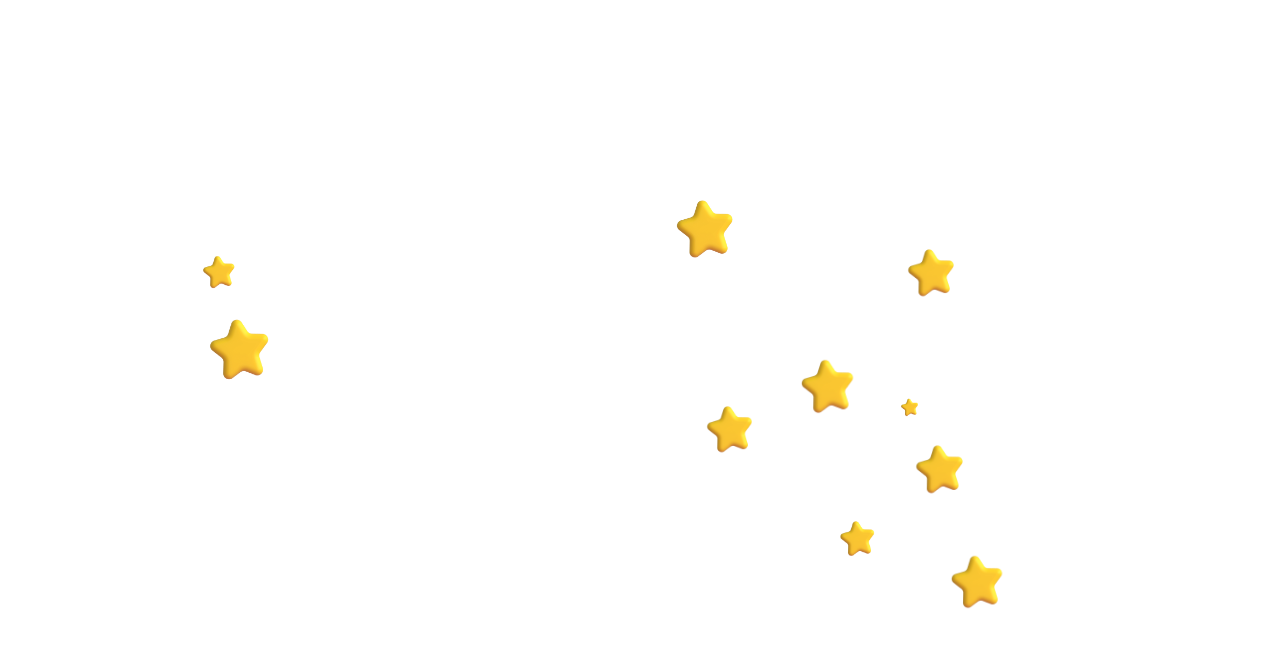
Repository: heartbreathing/Star-game
Page: index.html
An editor plug-in stored every save of this project. The page is shown before and after the next save, followed by the edit.
The browser window is 1280 px wide. The pictures show the whole page.

Above is the page before, as saved 2022-10-28 23:17:12.

### index.html
<!DOCTYPE html>
<html lang="en">
  <head>
    <meta charset="UTF-8" />
    <meta http-equiv="X-UA-Compatible" content="IE=edge" />
    <meta name="viewport" content="width=device-width, initial-scale=1.0" />
    <title>Document</title>
    <style>
      /* body {
        background-color: black;
      } */
    </style>
  </head>
  <body>
    <script>
      function star() {
        let timer = setInterval(function () {
          var obj = document.createElement('img');

          var wid = Math.floor(Math.random() * 50 + 20);
          obj.width = wid;
          var x = Math.floor(Math.random() * 1000 + 100);
          var y = Math.floor(Math.random() * 500 + 100);
          obj.style.position = 'absolute';
          obj.style.top = y + 'px';
          obj.style.left = x + 'px';
          obj.src = './image/star.png';
          //   obj[z - index] = 9999;
          document.body.appendChild(obj);
          obj.addEventListener('click', function () {
            this.parentNode.removeChild(this);
          });
        }, 500);
      }
      star();
    </script>
  </body>
</html>

After the next save:
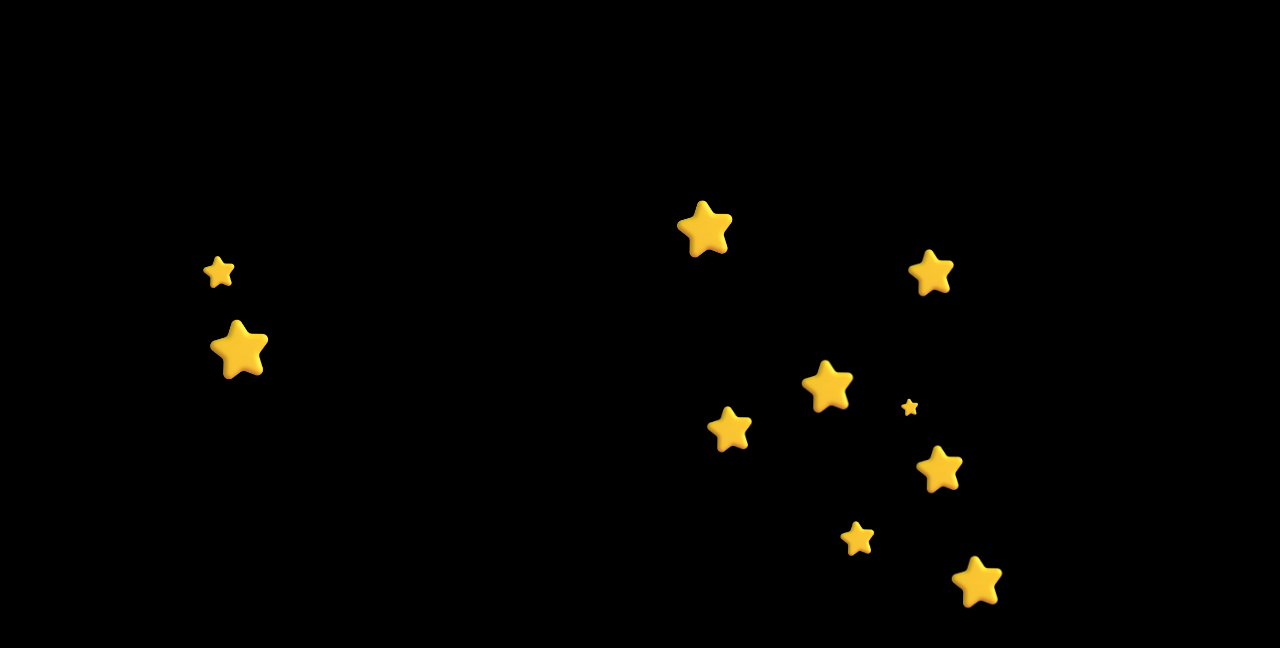
Saved 22 s later.
--- a/index.html
+++ b/index.html
@@ -6,9 +6,9 @@
     <meta name="viewport" content="width=device-width, initial-scale=1.0" />
     <title>Document</title>
     <style>
-      /* body {
+      body {
         background-color: black;
-      } */
+      }
     </style>
   </head>
   <body>
